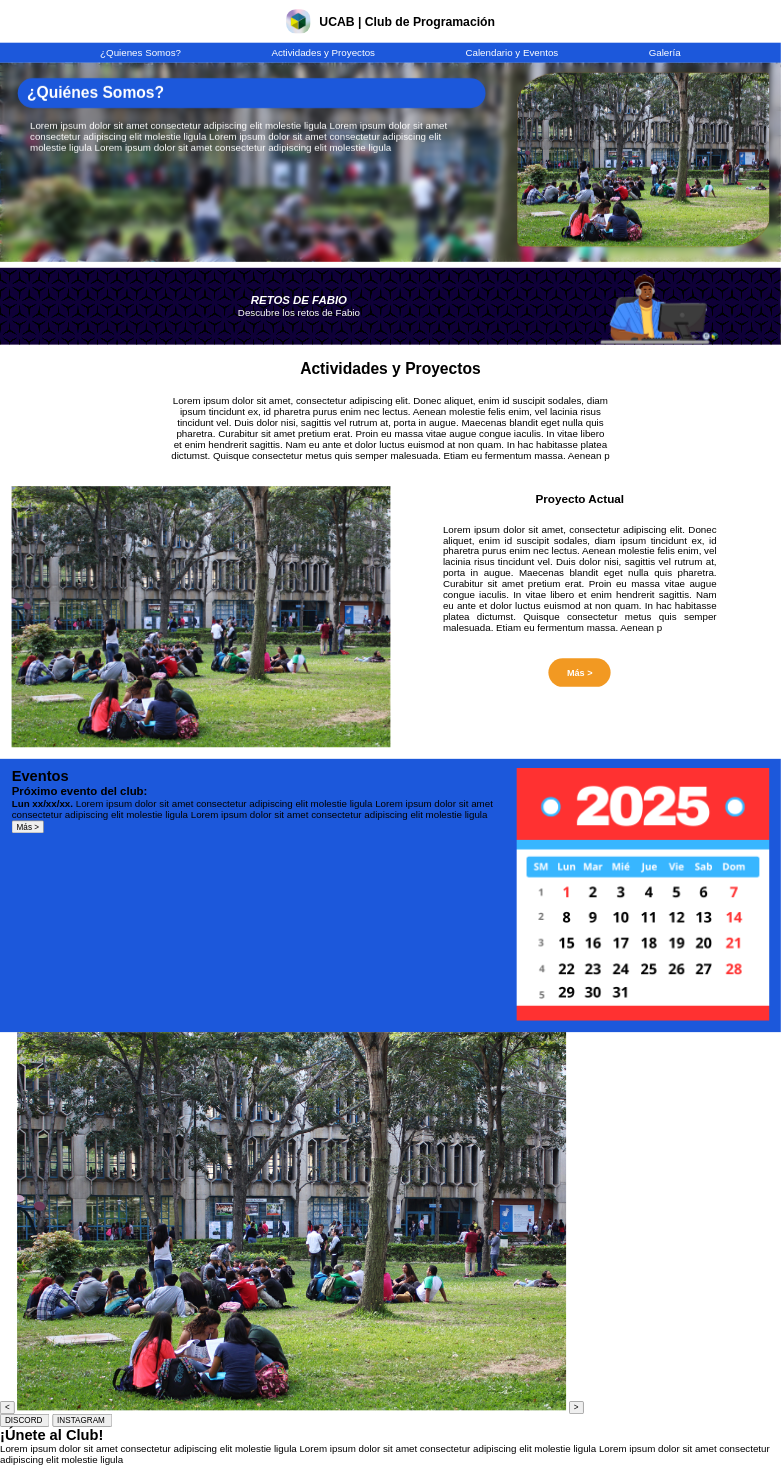
Repository: LuisR404/LandingPage
Page: Pages/QuienesSomos.html
These files come from the project's save history. The page is drawn as it stood at one moment and after the next save; the edit follows.
The browser window is 1280 px wide. The pictures show the whole page, at 61% of full size.

Above is the page before, as saved 2025-11-10 14:14:00.

### Pages/QuienesSomos.html
<!DOCTYPE html>
<html lang="es">
<head>
    <meta charset="UTF-8">
    <meta name="viewport" content="width=device-width, initial-scale=1.0">
    <link rel="stylesheet" href="../Styles/CommonStyles.css">   <!-- ESTILOS GENERALES -->
    <link rel="stylesheet" href="../Styles/QuienesSomos.css">   <!-- ESTILOS DE LA PÁGINA -->
    <title>Quienes Somos</title>
</head>

<body>
    <!-- TITULO -->
    <section class="header">
        <img src="../resources/club_icon.jpg" alt="" id="header-logo">
        <h1>UCAB | Club de Programación</h1>
    </section>

    <!-- NAV BAR -->
    <nav class="header-nav">
        <ul>
            <li><a href="./QuienesSomos.html">¿Quienes Somos?</a></li>
            <li><a href="./ActividadesYProyectos.html">Actividades y Proyectos</a></li>
            <li><a href="./CalendarioYEventos.html">Calendario y Eventos</a></li>
            <li><a href="./Galeria.html">Galería</a></li>
        </ul>
    </nav>

    <!-- QUIENES SOMOS -->
    <section class="quienes-somos">
        <div class="container">
            <div id="quienes-somos-text">
                <h2>¿Quiénes Somos?</h2>
                <p>
                    Lorem ipsum dolor sit amet consectetur adipiscing elit molestie ligula
                    Lorem ipsum dolor sit amet consectetur adipiscing elit molestie ligula
                    Lorem ipsum dolor sit amet consectetur adipiscing elit molestie ligula
                    Lorem ipsum dolor sit amet consectetur adipiscing elit molestie ligula
                </p>
            </div>

            <div id="quienes-somos-img">
                <img src="../resources/test_img.jpg" alt="">
            </div>
        </div>
    </section>

    <!-- RETOS DE FABIO -->
    <section class="retos-fabio">
        <div>
            <h3><i>RETOS DE FABIO</i></h3>
            <p>Descubre los retos de Fabio</p>
        </div>

        <img src="../resources/fabio.png" alt="">
    </section>

    <!-- ACTIVIDADES Y PROYECTOS -->
    <section class="actividades-proyectos">
        <h2>Actividades y Proyectos</h2>

        <p>
            Lorem ipsum dolor sit amet, consectetur adipiscing elit. Donec aliquet,
            enim id suscipit sodales, diam ipsum tincidunt ex, id pharetra purus enim nec lectus.
            Aenean molestie felis enim, vel lacinia risus tincidunt vel. Duis dolor nisi, sagittis
            vel rutrum at, porta in augue. Maecenas blandit eget nulla quis pharetra. Curabitur sit amet pretium erat.
            Proin eu massa vitae augue congue iaculis. In vitae libero et enim hendrerit sagittis.
            Nam eu ante et dolor luctus euismod at non quam. In hac habitasse platea dictumst.
            Quisque consectetur metus quis semper malesuada. Etiam eu fermentum massa. Aenean p
        </p>

        <div class="proyecto">
            <img src="../resources/test_img.jpg" alt="">

            <div>

                <h3>Proyecto Actual</h3>

                <p>
                    Lorem ipsum dolor sit amet, consectetur adipiscing elit. Donec aliquet,
                    enim id suscipit sodales, diam ipsum tincidunt ex, id pharetra purus enim nec lectus.
                    Aenean molestie felis enim, vel lacinia risus tincidunt vel. Duis dolor nisi, sagittis
                    vel rutrum at, porta in augue. Maecenas blandit eget nulla quis pharetra. Curabitur sit amet pretium erat.
                    Proin eu massa vitae augue congue iaculis. In vitae libero et enim hendrerit sagittis.
                    Nam eu ante et dolor luctus euismod at non quam. In hac habitasse platea dictumst.
                    Quisque consectetur metus quis semper malesuada. Etiam eu fermentum massa. Aenean p
                </p>

                <button>Más ></button>
            </div>
        </div>
    </section>

    <!-- EVENTOS -->
    <section class="eventos">
        <div>

            <h2>Eventos</h2>

            <h3>Próximo evento del club:</h3>

            <p>
                <b>Lun xx/xx/xx.</b>
                Lorem ipsum dolor sit amet consectetur adipiscing elit molestie ligula
                Lorem ipsum dolor sit amet consectetur adipiscing elit molestie ligula
                Lorem ipsum dolor sit amet consectetur adipiscing elit molestie ligula
            </p>

            <button>Más ></button>

        </div>

        <img src="../resources/calendario_test_img.png" alt="">
    </section>

    <!-- CARRUSEL -->
    <section>
        <button><</button>

        <img src="../resources/test_img.jpg" alt="">

        <button>></button>
    </section>

    <!-- UNETE -->
    <section>
        <div>
            <button>DISCORD <img src="" alt=""></button>
            <button>INSTAGRAM <img src="" alt=""></button>
        </div>

        <div>
            <h2>¡Únete al Club!</h2>

            <p>
                Lorem ipsum dolor sit amet consectetur adipiscing elit molestie ligula
                Lorem ipsum dolor sit amet consectetur adipiscing elit molestie ligula
                Lorem ipsum dolor sit amet consectetur adipiscing elit molestie ligula
            </p>
        </div>
    </section>

</body>
</html>

### Styles/CommonStyles.css
/* ============ ESTILOS DE PAGINA ============ */
* {
    font-family: Arial, Helvetica, sans-serif;
    margin: 0;
}

img {
    max-width: 100% ;
}

/* ============ HEADER ============ */
.header {
    display: flex;
    justify-content: center;
    align-items: center;

    padding-top: 15px;
    padding-bottom: 15px;
}

.header h1 {  /* ------> titulo */
    font-size: clamp(17px, 4vw, 20px);
    white-space: nowrap;

    margin-left: 15px;
}

#header-logo {  /* ------> logo */
    width: clamp(32px, 7vw, 40px);
    height: clamp(32px, 7vw, 40px);

    border-radius: 40%;
}

/* ========== NAV BAR ========== */
.header-nav {
    display: flex;
    justify-content: center;

    padding-top: 7.5px;
    padding-bottom: 7.5px;


    background-color: #1C58DB;
}

.header-nav ul {  /* ------> lista */
    display: flex;
    flex-direction: row;
    justify-content: space-around;

    width: 1100px;

    padding: 0;

    list-style: none;
}

.header-nav ul li a {  /* ------> links */
    text-decoration: none;
    color: white;
}

### Styles/QuienesSomos.css
/* =========== QUIENES SOMOS =========== */

.quienes-somos {
    display: flex;
    justify-content: center;

    width: 100%;

    background-image: url(../resources//test_img.jpg);
    background-position: center;
    background-size: 100%;
    background-color: grey
}

.quienes-somos .container {
    display: grid;
    grid-template-rows: 1fr;
    grid-template-columns: 2fr 1fr;

    width: 100%;

    padding-top: clamp(5px, 1.2vw, 25px);
    padding-bottom: clamp(10px, 1.5vw, 30px);
    padding-left: clamp(2px, 1.5vw, 30px);
    padding-right: clamp(2px, 1.5vw, 30px);

    backdrop-filter: blur(5px);
}

/* -----------> texto <----------- */

#quienes-somos-text {  /* ----------> contenedor */
    display: flex;
    flex-direction: column;

    padding: 10px 4vw 10px 10px;
}


#quienes-somos-text h2 { /* ----------> subtitulo */
    font-size: clamp(20px, 2vw, 30px);
    font-weight: 800;
    white-space: nowrap;
    color: white;

    padding: 10px 15px 10px 15px;
    margin-bottom: 20px;

    border-radius: 30px;

    background-color: #1C58DB;
}

#quienes-somos-text p { /* ----------> parrafo */
    font-size: auto;
    color: white;

    justify-content: center;

    padding: 0px 20px;
}

/* -----------> imagen <----------- */

#quienes-somos-img { /* ----------> contenedor */
    width: 100%;
    height: auto;

    align-content: center;

    overflow: hidden;
}

#quienes-somos-img img{  /* ----------> imagen */
    width: 100%;
    height: auto;

    border: 1px solid   rgba(0, 0, 0, 0.2);
    border-radius: 18% 10px 18% 10px;

    background-color: rgba(255, 162, 0, 0.258);

    aspect-ratio: auto;
    object-fit: cover;
}

/* -----------> media queries <----------- */

@media (max-width: 600px) {

    .quienes-somos .container {
        grid-template-columns: 1fr; /* ------> ajusta la disposicion del grid */
    }

    #quienes-somos-img {
        display: none; /* --------> invisibiliza la imagen */
    }
}


/* =========== RETOS DE FABIO =========== */

.retos-fabio {
    display: grid;
    grid-template-columns: 1fr 300px;

    text-wrap: nowrap;

    margin-top: 10px;

    background-color: rgb(20, 0, 67);
    background-image: url('../resources/textura.jpg');
    background-size:15vw;
    background-blend-mode:color-burn;
}

/* -----------> texto <----------- */
.retos-fabio div {
    text-align: center;
    align-self: center;
    color: white;
    width: 100%;
}

/* -----------> imagen <----------- */
.retos-fabio img {
    justify-self: end;

    max-width: 200px;
    height: auto;

    margin-right: 100px;
    margin-top: 10px;
}

/* -----------> efecto hover <----------- */
.retos-fabio:hover {
    cursor: pointer;
}

/* -----------> media queries <----------- */

@media (max-width: 600px) {
    .retos-fabio {  /* ----------> ajusta la disposicion del grid */
        grid-template-columns: 1fr;
    }

    .retos-fabio img {  /* ----------> desaparece la imagen */
        display: none;
    }

    .retos-fabio div {  /* ----------> ajusta el texto y el margen */
        font-size: 12px;

        padding: 10px;
    }
}


/* =========== ACTIVIDADES Y PROYECTOS =========== */

.actividades-proyectos {
    display: flex;
    flex-direction: column;

    padding-top: clamp(5px, 1.2vw, 25px);
    padding-bottom: clamp(10px, 1.5vw, 30px);
    padding-left: clamp(2px, 1.5vw, 30px);
    padding-right: clamp(2px, 1.5vw, 30px);

}

.actividades-proyectos h2 {  /* ----------> subtitulo */
    font-size: clamp(20px, 2vw, 30px);
    font-weight: 800;
    text-align: center;
    white-space: nowrap;

    padding: 10px 15px 10px 15px;
    margin-bottom: 20px;
}

.actividades-proyectos p {  /* ----------> parrafo */
    text-align: center;
    text-wrap: balance;

    align-self: center;

    max-width: 60%;

    margin-bottom: 40px;
}

/* -----------> proyecto <----------- */

.proyecto {
    display: grid;
    grid-template-rows: 1fr;
    grid-template-columns: 1fr 1fr;
}

/* ----------->> imagen <<----------- */

.proyecto img {
    justify-self: right;
}

/* ----------->> texto <<----------- */

.proyecto div {  /* ----------> contenedor */
    display: flex;
    flex-direction: column;
    justify-self: left;

    padding-left: 30px;
    padding-right: 30px;
}

.proyecto div h3 {  /* ----------> subtitulo */
    font-size: clamp(15px, 1.5vw, 25px);
    font-weight: 800;
    text-align: center;
    white-space: nowrap;

    padding: 10px 15px 10px 15px;
    margin-bottom: 20px;
}

.proyecto div p {  /* ----------> parrafo */
    text-align: justify;
    hyphenate-limit-chars: 2;
    text-wrap: balance;

    align-self: center;

    max-width: 80%;

    margin-bottom: 40px;
}

.proyecto div button {  /* ----------> boton mas */
    font-size: 15px;
    font-weight: 800;
    color: white;

    align-self: center;

    width: fit-content;

    padding: 15px 30px;

    border: none;
    border-radius: 25px;
    background-color: #F29922;
}

/* =========== EVENTOS =========== */

.eventos {
    display: grid;
    grid-template-rows: 1fr;
    grid-template-columns: 2fr 1fr;

    max-width: 100%;

    padding-top: clamp(5px, 1.2vw, 25px);
    padding-bottom: clamp(10px, 1.5vw, 30px);
    padding-left: clamp(2px, 1.5vw, 30px);
    padding-right: clamp(2px, 1.5vw, 30px);

    background-color: #1C58DB;
}

After the next save:
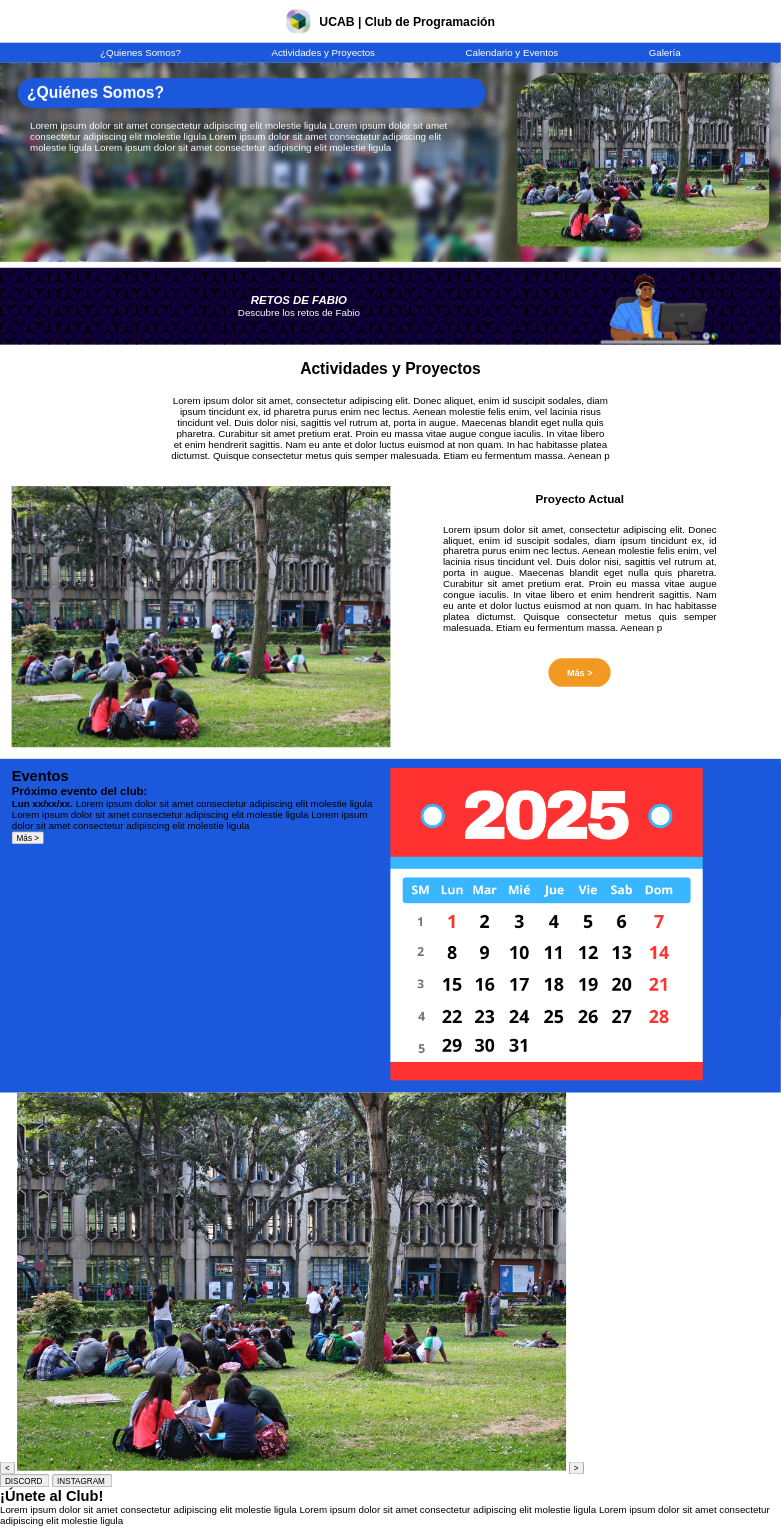
Saved 9 s later.
--- a/Styles/QuienesSomos.css
+++ b/Styles/QuienesSomos.css
@@ -259,7 +259,7 @@
 .eventos {
     display: grid;
     grid-template-rows: 1fr;
-    grid-template-columns: 2fr 1fr;
+    grid-template-columns: 1fr 1fr;
 
     max-width: 100%;
 
